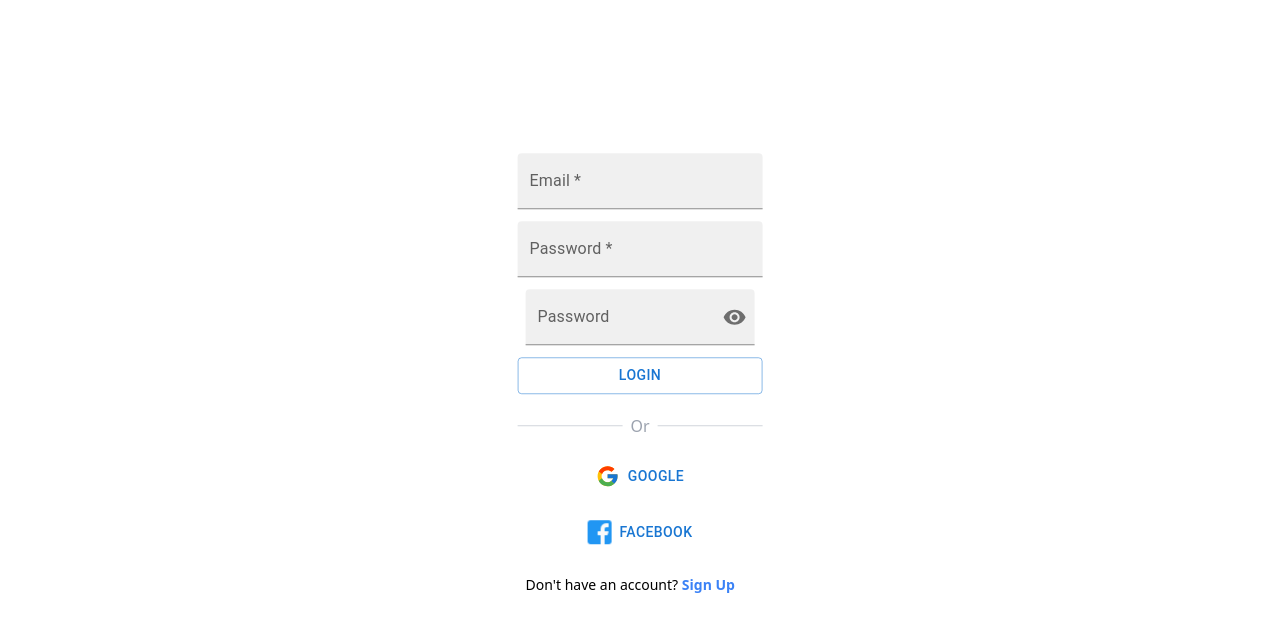
Repository: satya-ranjon/Instagram-clone-dev
Page: /login
An editor plug-in stored every save of this project. The page is shown before and after the next save, followed by the edit.
The browser window is 1280 px wide. The pictures show the whole page.
The project was rebuilt for these pictures with package versions that can differ from the ones it lists, and the page was loaded fresh each time. Also part of the build but not shown: src/components/PostDetiels/PostDetielPost.jsx, src/components/PostDetiels/PostDetielsHader.jsx, src/components/PostDetiels/SingleComment.jsx, src/components/PostDetiels/CommentDetiels.jsx, src/components/PostDetiels/Comment.jsx, src/components/PostDetiels/PostDitelsFooter.jsx, src/components/PostDetiels/PostDetielsContainer.jsx, src/components/Expolor/ExpolorPost.jsx and 37 more.

Above is the page before, as saved 2022-04-25 17:48:16.

### public/index.html
<!DOCTYPE html>
<html lang="en">
  <head>
    <meta charset="utf-8" />
    <link rel="icon" href="%PUBLIC_URL%/faveicon.png" />
    <meta name="viewport" content="width=device-width, initial-scale=1" />
    <meta name="theme-color" content="#000000" />
    <meta
      name="description"
      content="Web site created using create-react-app"
    />
    <link rel="apple-touch-icon" href="%PUBLIC_URL%/logo192.png" />
    <!--
      manifest.json provides metadata used when your web app is installed on a
      user's mobile device or desktop. See https://developers.google.com/web/fundamentals/web-app-manifest/
    -->
    <link rel="manifest" href="%PUBLIC_URL%/manifest.json" />
    <!--
      Notice the use of %PUBLIC_URL% in the tags above.
      It will be replaced with the URL of the `public` folder during the build.
      Only files inside the `public` folder can be referenced from the HTML.

      Unlike "/favicon.ico" or "favicon.ico", "%PUBLIC_URL%/favicon.ico" will
      work correctly both with client-side routing and a non-root public URL.
      Learn how to configure a non-root public URL by running `npm run build`.
    -->
    <title>React App</title>
  </head>
  <body>
    <noscript>You need to enable JavaScript to run this app.</noscript>
    <div id="root"></div>
    <!--
      This HTML file is a template.
      If you open it directly in the browser, you will see an empty page.

      You can add webfonts, meta tags, or analytics to this file.
      The build step will place the bundled scripts into the <body> tag.

      To begin the development, run `npm start` or `yarn start`.
      To create a production bundle, use `npm run build` or `yarn build`.
    -->
  </body>
</html>

### src/index.css
@import url("https://fonts.googleapis.com/css2?family=Kaushan+Script&display=swap");

@tailwind base;
@tailwind components;
@tailwind utilities;

@layer components {
  .grid___three {
    @apply grid grid-cols-1 sm:grid-cols-2 md:grid-cols-3 gap-2 lg:gap-4 transition-all duration-300 my-10 font-semibold mx-10  sm:mx-20 lg:mx-32 xl:mx-40;
  }
  .grid___two {
    @apply grid grid-cols-1 sm:grid-cols-2 gap-2 lg:gap-4  my-10 font-semibold mx-10 transition-all duration-300 sm:mx-20 lg:mx-32 xl:mx-40;
  }
  .grid___one {
    @apply grid grid-cols-1  gap-2 lg:gap-4  my-10 font-semibold mx-10 sm:mx-32 md:mx-44 transition-all duration-300 lg:mx-60 xl:mx-60;
  }
  .img__three {
    @apply bg-red-300 w-full h-[18rem] transition-all duration-300 sm:h-[14rem] xl:h-[18rem] 2xl:h-[28rem];
  }
  .img__two {
    @apply bg-red-300 w-full h-[18rem] transition-all duration-300 sm:h-[20rem] lg:h-[24rem] xl:h-[28rem] 2xl:h-[40rem];
  }
  .img__one {
    @apply bg-red-300 w-full h-[18rem] transition-all duration-300 sm:h-[20rem] lg:h-[32rem] xl:h-[40rem] 2xl:h-[52rem];
  }
  .button__btn {
    @apply text-sm bg-neutral-200 transition-all duration-300 hover:bg-neutral-300 my-auto p-1 px-3 rounded-sm font-semibold cursor-pointer;
  }
  .photo__feed {
    @apply grid grid-cols-2 md:grid-cols-3 lg:grid-cols-4 gap-3 sm:max-h-[26rem] h-fit sm:overflow-y-scroll;
  }
  .profile_section {
    @apply w-full px-10 sm:px-0 sm:w-[18rem] md:w-[25rem] lg:w-[38rem] xl:w-[50rem] 2xl:w-[60rem];
  }
  .image__i {
    @apply h-[12rem] sm:h-[10rem] lg:h-[12rem] w-full bg-red-200;
  }
  .video__v {
    @apply h-[20rem] md:h-full w-full bg-red-200 sm:col-span-2 row-span-2;
  }
  .post__detiels_model {
    @apply transition-all duration-300 sm:w-[36rem] lg:w-[60rem] xl:w-[75rem] h-[70rem]  lg:h-[50rem] flex lg:flex-row flex-col justify-between;
  }
}

@layer utilities {
  .text__2xl {
    font-size: 3rem;
  }
}

/* body::-webkit-scrollbar {
  display: none;
} */
.hide_scrollbar::-webkit-scrollbar {
  display: none;
  overflow: hidden;
}

#category {
  overflow: hidden;
}

.hover_show {
  top: -1000%;
  left: 0%;
  transition: all 0.3s;
}
.expolor:hover .hover_show {
  display: block;
  top: 0%;
}

.login__box {
  position: absolute;
  top: 50%;
  left: 50%;
  transform: translate(-50%, -50%);
}

### src/App.js
import { Route, Routes } from "react-router-dom";
import ExpolorContainer from "./components/Expolor/ExpolorContainer";
import HomeContainder from "./components/Home/HomeContainder";
import InboxContainer from "./components/Inbox/InboxContainer";
import LoginSign from "./components/LoginSign";
import PrivateRoutes from "./components/PrivateRoutes";
import ProfileContainer from "./components/Profile/ProfileContainer";

function App() {
  return (
    <>
      <Routes>
        <Route path="/*" element={<PrivateRoutes />}>
          <Route path="" element={<HomeContainder />} />
          <Route path="inbox" element={<InboxContainer />} />
          <Route path="profile" element={<ProfileContainer />} />
          <Route path="expolor" element={<ExpolorContainer />} />
        </Route>
        <Route path="/login" element={<LoginSign />} />
        <Route path="/signup" element={<LoginSign />} />
      </Routes>
    </>
  );
}

export default App;

### src/components/LoginSign.jsx
import { Button, TextField } from "@mui/material";
import React, { useState } from "react";
import { FcGoogle } from "react-icons/fc";
import facebook from "../Assets/image/facebook.png";
import { Link, useLocation } from "react-router-dom";

import Box from "@mui/material/Box";
import IconButton from "@mui/material/IconButton";
import Input from "@mui/material/Input";
import FilledInput from "@mui/material/FilledInput";
import OutlinedInput from "@mui/material/OutlinedInput";
import InputLabel from "@mui/material/InputLabel";
import InputAdornment from "@mui/material/InputAdornment";
import FormHelperText from "@mui/material/FormHelperText";
import FormControl from "@mui/material/FormControl";
import Visibility from "@mui/icons-material/Visibility";
import VisibilityOff from "@mui/icons-material/VisibilityOff";

export default function LoginSign() {
  const { pathname } = useLocation();
  const [passwordShow, setPassowrdShow] = useState(false);

  return (
    <div className=" w-full h-screen">
      <div className="login__box">
        <div className=" space-y-5">
          <form className=" space-y-3">
            {pathname === "/login" || (
              <TextField
                className="w-full"
                id="filled-basic"
                label="Username *"
                variant="filled"
              />
            )}
            <br />
            <TextField
              className="w-full"
              id="filled-basic"
              label="Email *"
              variant="filled"
            />
            <br />
            <TextField
              className="w-full"
              id="filled-basic"
              label="Password *"
              variant="filled"
            />
            <br />
            <FormControl sx={{ m: 1, width: "25ch" }} variant="filled">
              <InputLabel htmlFor="filled-adornment-password">
                Password
              </InputLabel>
              <FilledInput
                id="filled-adornment-password"
                type={passwordShow ? "text" : "password"}
                endAdornment={
                  <InputAdornment position="end">
                    <IconButton
                      aria-label="toggle password visibility"
                      edge="end"
                      onClick={() => setPassowrdShow((prv) => !prv)}
                    >
                      {passwordShow ? <VisibilityOff /> : <Visibility />}
                    </IconButton>
                  </InputAdornment>
                }
              />
            </FormControl>

            <br />
            <Button className="w-full" variant="outlined">
              {pathname === "/login" ? "Login" : " Sign Up"}
            </Button>
          </form>
          <div className="flex justify-between space-x-2 text-gray-400">
            <div className="w-full h-[1px] bg-gray-300 my-auto"></div>
            <div className="">Or</div>
            <div className="w-full h-[1px] bg-gray-300 my-auto"></div>
          </div>
          <Button variant="text" className=" w-full flex space-x-2">
            <FcGoogle className=" text-2xl" />
            <p className="">Google</p>
          </Button>
          <Button variant="text" className=" w-full flex space-x-2">
            <img src={facebook} alt="" />
            <p className=" ">Facebook</p>
          </Button>
        </div>
        <div className="w-ful text-sm p-2 mt-4">
          <p>
            {pathname === "/login" ? " Don't " : " Already"} have an account?
            <Link
              to={`${pathname === "/login" ? "/signup" : "/login"}`}
              className=" text-blue-500 font-semibold cursor-pointer"
            >
              {pathname === "/login" ? " Sign Up" : " Login"}
            </Link>
          </p>
        </div>
      </div>
    </div>
  );
}

### tailwind.config.js
module.exports = {
  content: ["./src/**/*.{js,jsx,ts,tsx}"],
  theme: {
    extend: {
      screens: {
        "3sm": "380px",
        "2sm": "480px",
        "4sm": "640px",
        "2lg": "1160px",
      },
    },
  },
  plugins: [require("tailwind-scrollbar")],
};

Loaded but not shown: src/index.js (common file)

After the next save:
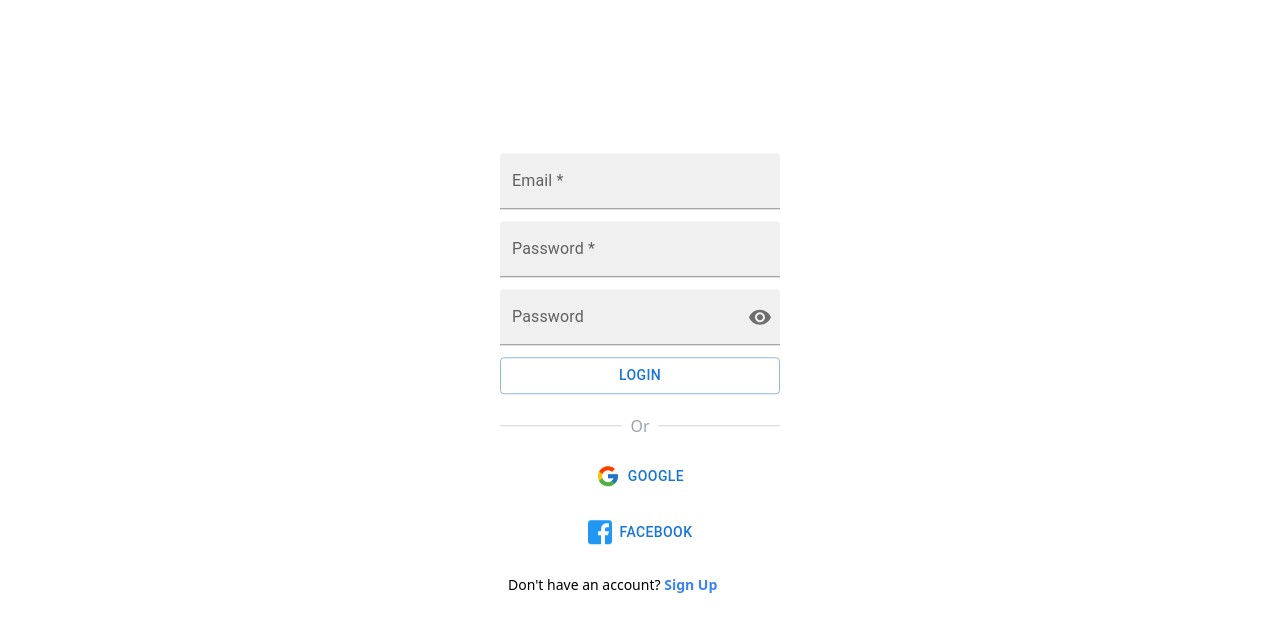
Saved 17 s later.
--- a/src/components/LoginSign.jsx
+++ b/src/components/LoginSign.jsx
@@ -48,7 +48,7 @@ export default function LoginSign() {
               variant="filled"
             />
             <br />
-            <FormControl sx={{ m: 1, width: "25ch" }} variant="filled">
+            <FormControl variant="filled">
               <InputLabel htmlFor="filled-adornment-password">
                 Password
               </InputLabel>
